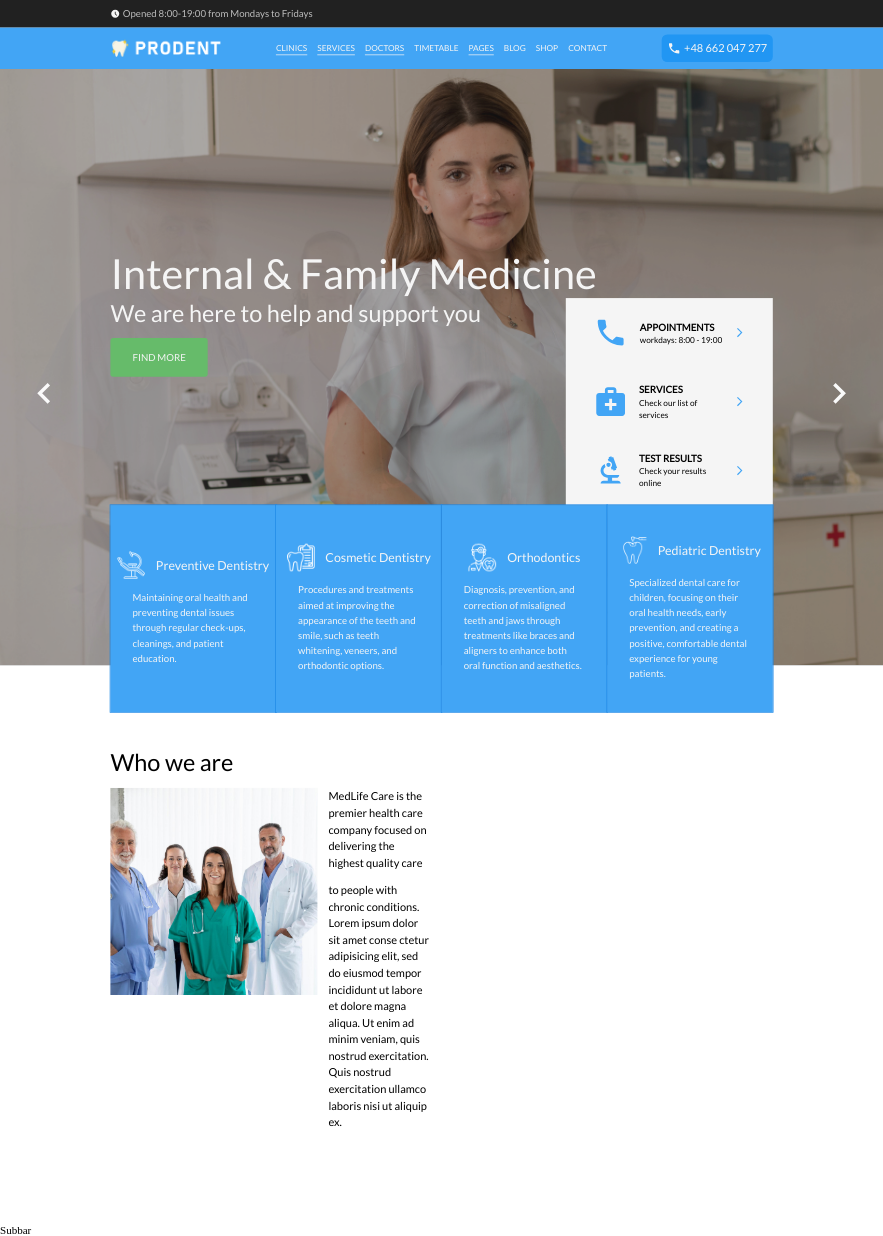
Repository: princ3-web/8
Page: /
These files come from the project's save history. The page is drawn as it stood at one moment and after a run of saves; the edit follows.
The browser window is 1280 px wide. The pictures show the whole page, at 69% of full size.
The project was rebuilt for these pictures with package versions that can differ from the ones it lists, and the page was loaded fresh each time. Also part of the build but not shown: vite.config.js, src/subpages/About.jsx, src/index.css.

Above is the page before, as saved 2023-11-02 15:17:24.

### index.html
<!doctype html>
<html lang="en">
  <head>
    <meta charset="UTF-8" />
    <link rel="icon" type="image/svg+xml" href="/vite.svg" />
    <meta name="viewport" content="width=device-width, initial-scale=1.0" />
    <title>Vite + React</title>
    <link rel="preconnect" href="https://fonts.googleapis.com">
    <link rel="preconnect" href="https://fonts.gstatic.com" crossorigin>
    <link href="https://fonts.googleapis.com/css2?family=Lato&display=swap" rel="stylesheet">
  </head>
  <body>
    <div id="root"></div>
    <script type="module" src="/src/main.jsx"></script>
  </body>
</html>

### src/App.jsx
import "./App.css";
import { Box } from "@mui/material";
import { Route, Routes } from "react-router-dom";
import Home from "./subpages/Home";
import About from "./subpages/About";
import Navbar from "./components/Navbar";
import Subbar from "./components/Subbar";
import { createTheme, ThemeProvider } from "@mui/material/styles";

function App() {

  const theme = createTheme({
    typography: {
      fontFamily: "Lato, sans-serif",
    },
  });



  return (
    <ThemeProvider theme={theme}>
    <Box>

      <Navbar />

      <Routes>
        <Route path="/" element={<Home />} />
        <Route path="/about" element={<About />} />
      </Routes>
      <Subbar />
    </Box>
    </ThemeProvider>
  );
}

export default App;

### src/App.css
body {
  padding: 0;
  margin: 0;
  overflow-x: "hidden";
}

### src/subpages/Home.jsx
import React, { useEffect, useState } from "react";
import { Box, CardMedia, Typography, Button, Fade } from "@mui/material";
import image1 from "../assets/images/1.jpg";
import image2 from "../assets/images/2.jpg";
import image3 from "../assets/images/3.jpg";
import image4 from "../assets/images/4.jpg";
import { green, grey, blue } from "@mui/material/colors";
import PhoneIcon from "@mui/icons-material/Phone";
import MedicalServicesIcon from "@mui/icons-material/MedicalServices";
import BiotechIcon from "@mui/icons-material/Biotech";
import ArrowForwardIosIcon from "@mui/icons-material/ArrowForwardIos";
import icon1 from "../assets/icons/1.png";
import icon2 from "../assets/icons/2.png";
import icon3 from "../assets/icons/3.png";
import icon4 from "../assets/icons/4.png";
import SingleCarousel from "../components/SingleCarousel";

const Menu = () => {
  const items0 = [
    {
      title: "Preventive Dentistry",
      text: "Maintaining oral health and preventing dental issues through regular check-ups, cleanings, and patient education.",
      icon: icon1,
    },
    {
      title: "Cosmetic Dentistry",
      text: "Procedures and treatments aimed at improving the appearance of the teeth and smile, such as teeth whitening, veneers, and orthodontic options.",
      icon: icon2,
    },
    {
      title: "Orthodontics",
      text: "Diagnosis, prevention, and correction of misaligned teeth and jaws through treatments like braces and aligners to enhance both oral function and aesthetics.      ",
      icon: icon3,
    },
    {
      title: "Pediatric Dentistry",
      text: "Specialized dental care for children, focusing on their oral health needs, early prevention, and creating a positive, comfortable dental experience for young patients.      ",
      icon: icon4,
    },
  ];

  const items1 = [
    {
      title: "APPOINTMENTS",
      text: "workdays: 8:00 - 19:00",
      icon: <PhoneIcon sx={{ color: blue[400], fontSize: "50px", mr: "1rem" }} />,
    },
    {
      title: "SERVICES",
      text: "Check our list of services",
      icon: <MedicalServicesIcon sx={{ color: blue[400], fontSize: "50px", mr: "1rem" }} />,
    },
    {
      title: "TEST RESULTS",
      text: "Check your results online",
      icon: <BiotechIcon sx={{ color: blue[400], fontSize: "50px", mr: "1rem" }} />,
    },
  ];

  return (
    <Box
      sx={{
        position: "absolute",
        display: "flex",
        flexDirection: "column",
        alignItems: "flex-end",
        boxSizing: "border-box",
        top: "60%",
        px: "160px",
        width: "100%",
      }}
    >
      <Box
        sx={{
          display: "flex",
          flexDirection: "column",
          justifyContent: "space-evenly",
          alignItems: "center",
          backgroundColor: grey[100],
          width: "300px",
          height: "300px",
        }}
      >
        {items1.map((item) => (
          <Box
            sx={{
              display: "flex",
              alignItems: "center",
              justifyContent: "space-between",
              width: "100%",
              height: "33%",
              boxSizing: "border-box",
              px: "40px",
              transition: "0.25s",
              ":hover": {
                backgroundColor: grey[300],
                cursor: "pointer",
              },
            }}
          >
            {item.icon}
            <Box>
              <Typography sx={{ fontSize: "14px", fontWeight: 600 }}>{item.title}</Typography>
              <Typography sx={{ fontSize: "12px" }}>{item.text}</Typography>
            </Box>
            <ArrowForwardIosIcon sx={{ color: blue[400], fontSize: "16px", ml: "1rem" }} />
          </Box>
        ))}
      </Box>
      <Box sx={{ display: "flex", width: "100%" }}>
        {items0.map((item) => (
          <Box
            sx={{
              display: "flex",
              flexDirection: "column",
              justifyContent: "center",
              alignItems: "center",
              backgroundColor: blue[400],
              width: "300px",
              height: "300px",
              outline: "1px solid " + blue[600],
              transition: "0.25s",
              ":hover": {
                backgroundColor: blue[500],
                cursor: "pointer",
              },
            }}
          >
            <Box sx={{ display: "flex", alignItems: "center", mb: "1rem" }}>
              <CardMedia
                component="img"
                src={item.icon}
                alt=""
                sx={{ width: "40px", mr: "1rem" }}
              />
              <Typography color={grey[100]} sx={{ fontSize: "18px" }}>
                {item.title}
              </Typography>
            </Box>
            <Typography color={grey[100]} variant="subtitle2" sx={{ px: "2rem" }}>
              {item.text}
            </Typography>
          </Box>
        ))}
      </Box>
    </Box>
  );
};

const Home = () => {
  const items0 = [
    {
      title: "Preventive Dentistry",
      text: "Maintaining oral health and preventing dental issues through regular check-ups, cleanings, and patient education.",
      icon: icon1,
    },
    {
      title: "Cosmetic Dentistry",
      text: "Procedures and treatments aimed at improving the appearance of the teeth and smile, such as teeth whitening, veneers, and orthodontic options.",
      icon: icon2,
    },
    {
      title: "Orthodontics",
      text: "Diagnosis, prevention, and correction of misaligned teeth and jaws through treatments like braces and aligners to enhance both oral function and aesthetics.      ",
      icon: icon3,
    },
    {
      title: "Pediatric Dentistry",
      text: "Specialized dental care for children, focusing on their oral health needs, early prevention, and creating a positive, comfortable dental experience for young patients.      ",
      icon: icon4,
    },
  ];

  const items1 = [
    {
      title: "APPOINTMENTS",
      text: "workdays: 8:00 - 19:00",
      icon: <PhoneIcon sx={{ color: blue[400], fontSize: "50px", mr: "1rem" }} />,
    },
    {
      title: "SERVICES",
      text: "Check our list of services",
      icon: <MedicalServicesIcon sx={{ color: blue[400], fontSize: "50px", mr: "1rem" }} />,
    },
    {
      title: "TEST RESULTS",
      text: "Check your results online",
      icon: <BiotechIcon sx={{ color: blue[400], fontSize: "50px", mr: "1rem" }} />,
    },
  ];

  const [currentImageIndex, setCurrentImageIndex] = useState(0);

  useEffect(() => {
    const interval = setInterval(() => {
      const nextIndex = (currentImageIndex + 1) % images.length;
      setCurrentImageIndex(nextIndex);
    }, 4000);

    return () => {
      clearInterval(interval);
    };
  }, [currentImageIndex]);

  const images = [image1, image2, image3, image4];

  return (
    <Box>
      <SingleCarousel images={images} />

      <Box sx={{ position: "absolute", top: "50%", left: "160px", zIndex: 1 }}>
        <Typography variant="h2" sx={{ color: grey[100] }}>
          Internal & Family Medicine
        </Typography>
        <Typography variant="h4" sx={{ color: grey[100] }}>
          We are here to help and support you
        </Typography>
        <Button
          sx={{
            backgroundColor: green[400],
            color: grey[100],
            py: "1rem",
            px: "2rem",
            mt: "1rem",
            "&:hover": {
              backgroundColor: green[700],
              cursor: "pointer",
            },
          }}
        >
          FIND MORE
        </Button>
      </Box>
      <Menu />
      <Box sx={{ boxSizing: "border-box", px: "160px", py: "120px" }}>
        <Typography variant="h4">Who we are</Typography>
        <Box sx={{ display: "flex",  width:"50%" }}>
          <CardMedia
            component="img"
            src={image1}
            alt=""
            sx={{ width: "300px", height: "300px", mt: "1rem" }}
          />
          <Box sx={{p:"1rem"}}>
            <Typography sx={{mb:"1rem"}}>
              MedLife Care is the premier health care company focused on delivering the highest
              quality care
            </Typography>

          <Typography>
            to people with chronic conditions. Lorem ipsum dolor sit amet conse ctetur adipisicing
            elit, sed do eiusmod tempor incididunt ut labore et dolore magna aliqua. Ut enim ad
            minim veniam, quis nostrud exercitation. Quis nostrud exercitation ullamco laboris nisi
            ut aliquip ex.
          </Typography>
          </Box>
        </Box>
      </Box>
    </Box>
  );
};

export default Home;

### src/components/Navbar.jsx
import React from "react";
import { Box, Typography, CardMedia, Menu, MenuItem } from "@mui/material";
import { blue, grey } from "@mui/material/colors";
import PhoneIcon from "@mui/icons-material/Phone";
import AccessTimeFilledIcon from "@mui/icons-material/AccessTimeFilled";
import logo from "../assets/icons/logo.png";

const Navbar = () => {
  const items = [
    { name: "CLINICS", items: ["Dental Clinic 1", "Dental Clinic 2", "Dental Clinic 3"] },
    { name: "SERVICES", items: ["Orthodontics", "Cosmetic Dentistry", "Preventive Dentistry"] },
    { name: "DOCTORS", items: ["Dentist 1", "Dentist 2", "Dentist 3"] },
    { name: "TIMETABLE", items: [] },
    { name: "PAGES", items: ["Home Page", "About Us", "Services Page"] },
    { name: "BLOG", items: [] },
    { name: "SHOP", items: [] },
    {
      name: "CONTACT",
      items: [],
    },
  ];

  const handleMenuItemHover = (event, index) => {
    const dropdownMenu = event.currentTarget.querySelector(".dropdown-menu");
    if (dropdownMenu) {
      dropdownMenu.style.visibility = "visible";
      dropdownMenu.style.filter = "opacity(1)";
    }
  };

  const handleMenuItemLeave = (event) => {
    const dropdownMenu = event.currentTarget.querySelector(".dropdown-menu");
    if (dropdownMenu) {
      dropdownMenu.style.visibility = "hidden";
      dropdownMenu.style.filter = "opacity(0)";
    }
  };

  return (
    <Box sx={{ position: "relative", zIndex: 2 }}>
      <Box
        sx={{
          display: "flex",
          alignItems: "center",
          height: "40px",
          width: "100%",
          backgroundColor: grey[900],
          pl: "160px",
          boxSizing: "border-box",
        }}
      >
        <AccessTimeFilledIcon sx={{ color: grey[100], fontSize: "14px", mr: "0.25rem" }} />
        <Typography color={grey[400]} variant="subtitle2">
          Opened 8:00-19:00 from Mondays to Fridays
        </Typography>
      </Box>
      <Box
        sx={{
          display: "flex",
          justifyContent: "space-between",
          alignItems: "center",
          boxSizing: "border-box",
          px: "160px",
          backgroundColor: blue[400],
          height: "60px",
        }}
      >
        <Box>
          <CardMedia component="img" src={logo} alt="" sx={{ height: "30px" }} />
        </Box>
        <Box
          sx={{
            display: "flex",
            justifyContent: "space-between",
            alignItems: "center",
            width: "50%",
            height: "100%",
          }}
        >
          {items.map((item, index) => (
            <Box
              key={index}
              onMouseEnter={(e) => handleMenuItemHover(e, index)}
              onMouseLeave={handleMenuItemLeave}
              sx={{ display: "flex", alignItems: "center", height: "100%" }}
            >
              <Typography
                sx={{
                  color: grey[100],
                  textDecoration: item.items.length < 1 ? "none" : "underline",
                  textUnderlineOffset:"5px",
                  fontSize: "12px",
                  ":hover": { cursor: "pointer", color: blue[100] },
                }}
              >
                {item.name}
              </Typography>
              <Box
                className="dropdown-menu"
                sx={{
                  visibility: "hidden",
                  position: "absolute",
                  backgroundColor: grey[100],
                  transition: "0.5s",
                  filter: "opacity(0)",
                  fontSize: "12px",
                  mt: "190px",
                  ml: "-10px",
                  py:"0.5rem",
                }}
              >
                {item.items.map((item) => (

                  <MenuItem sx={{ fontSize: "12px", p:"1rem", pr:"7rem" }}>{item}</MenuItem>
                ))}
              </Box>
            </Box>
          ))}
        </Box>
        <Box
          sx={{
            display: "flex",
            alignItems: "center",
            p: "0.5rem",
            borderRadius: ".5rem",
            backgroundColor: blue[500],
          }}
        >
          <PhoneIcon sx={{ color: grey[100], fontSize: "20px", mr: "0.25rem" }} />
          <Typography color={grey[100]}>+48 662 047 277</Typography>
        </Box>
      </Box>
    </Box>
  );
};

export default Navbar;

### src/components/Subbar.jsx
import React from 'react'

const Subbar = () => {
  return (
    <div>Subbar</div>
  )
}

export default Subbar

### src/components/SingleCarousel.jsx
import React, { useState, useEffect } from "react";
import KeyboardArrowLeftIcon from "@mui/icons-material/KeyboardArrowLeft";
import KeyboardArrowRightIcon from "@mui/icons-material/KeyboardArrowRight";
import IconButton from "@mui/material/IconButton";
import Box from "@mui/material/Box";
import { grey } from "@mui/material/colors";
import { CardMedia } from "@mui/material";

const SingleCarousel = ({ images }) => {
  const [index, setIndex] = useState(0);
  const [transition, setTransition] = useState(false);
  const [hover, setHover] = useState(false);

  useEffect(() => {
    const interval = setInterval(() => {
      setIndex((state) => (state === images.length - 1 ? 0 : state + 1));
    }, 5000);

    return () => {
      clearInterval(interval);
    };
  }, [hover]);

  const handlePrevious = () => {
    if (!transition) {
      setTransition(true);
      setIndex((state) => (state > 0 ? setIndex(state - 1) : setIndex(images.length - 1)));
      setTimeout(() => setTransition(false), 500);
    }
  };

  const handleNext = () => {
    if (!transition) {
      setTransition(true);
      setIndex((state) => (state < images.length - 1 ? setIndex(state + 1) : setIndex(0)));
      setTimeout(() => setTransition(false), 500);
    }
  };

  return (
    <Box height={"120vh"} sx={{ position: "relative", overflow: "hidden", backgroundColor: grey[900] }}>
      {images.map((item, n) => (
        <Box
          sx={{
            position: "absolute",
            justifyContent: "center",
            alignContent: "center",
            width: "100%",
            height: "100%",
            transition: "2s",
            filter: n === index ? "Opacity(1)" : "Opacity(0)",
          }}
        >
          <CardMedia
            component="img"
            src={item}
            sx={{ height: "100%", filter: "brightness(0.8)" }}
          />

        </Box>
      ))}
      <Box
        sx={{
          position: "absolute",
          display: "flex",
          justifyContent: "space-between",
          width: "96%",
          left: "2%",
          top: "50%",
        }}
      >
        <IconButton
          onClick={handlePrevious}
          onMouseOver={() => setHover(true)}
          onMouseLeave={() => setHover(false)}
        >
          <KeyboardArrowLeftIcon style={{ color: grey[50], zIndex: 10, fontSize: 60 }} />
        </IconButton>
        <IconButton
          onClick={handleNext}
          onMouseOver={() => setHover(true)}
          onMouseLeave={() => setHover(false)}
        >
          <KeyboardArrowRightIcon style={{ color: grey[50], zIndex: 10, fontSize: 60 }} />
        </IconButton>
      </Box>
    </Box>
  );
};

export default SingleCarousel;

Loaded but not shown: src/main.jsx (common file); src/index.css (no copy from this time; the picture is the same without it)

After the next 4 saves:
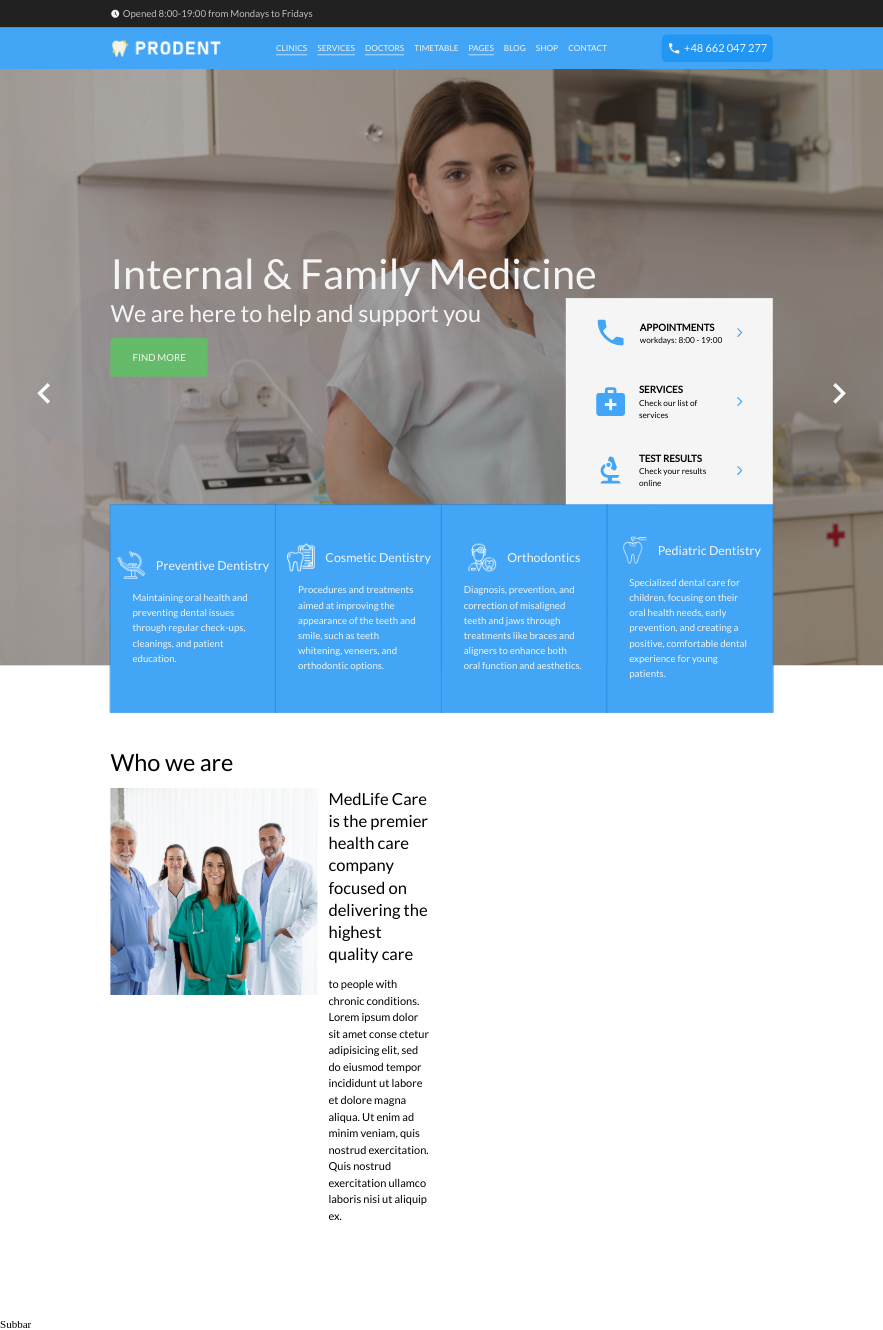
The 4 saves are shown as one change because they came seconds apart.
The last was saved 12 s later.
--- a/src/subpages/Home.jsx
+++ b/src/subpages/Home.jsx
@@ -242,7 +242,7 @@ const Home = () => {
             sx={{ width: "300px", height: "300px", mt: "1rem" }}
           />
           <Box sx={{p:"1rem"}}>
-            <Typography sx={{mb:"1rem"}}>
+            <Typography variant="h5" sx={{mb:"1rem"}}>
               MedLife Care is the premier health care company focused on delivering the highest
               quality care
             </Typography>
